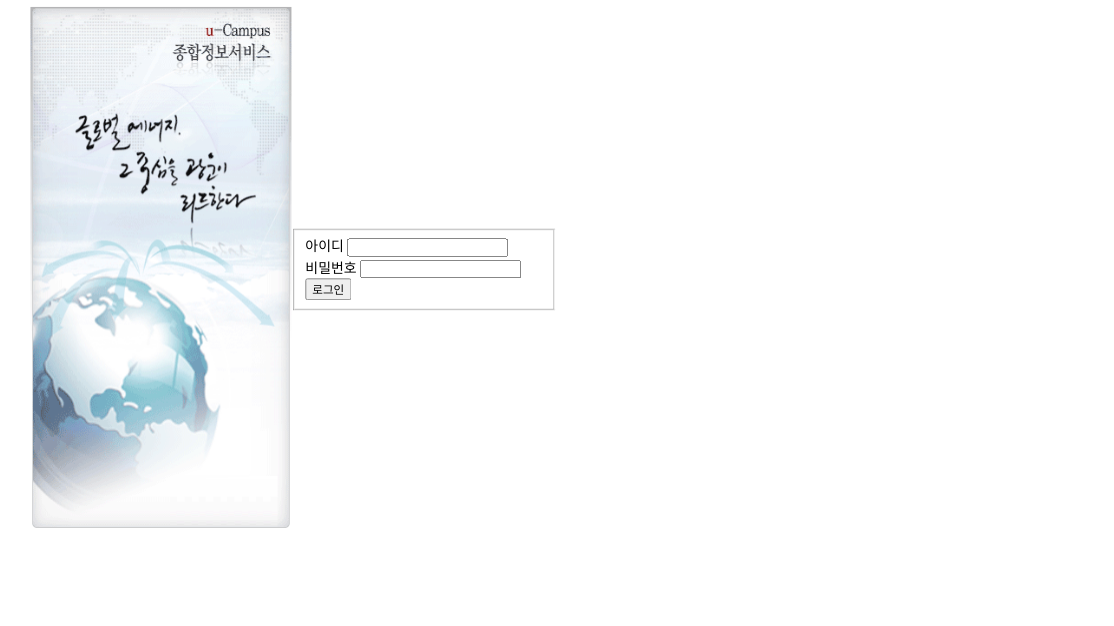
Repository: jungmintaeng/mini-ucampus
Page: ucam/WebContent/Login.html
The author's editor kept a copy of each file at every save. The page is drawn from the files as they stood at one save, then again after the next save.
The browser window is 1280 px wide. The pictures show the whole page, at 87% of full size.

Above is the page before, as saved 2016-06-11 00:33:51.

After the next save:
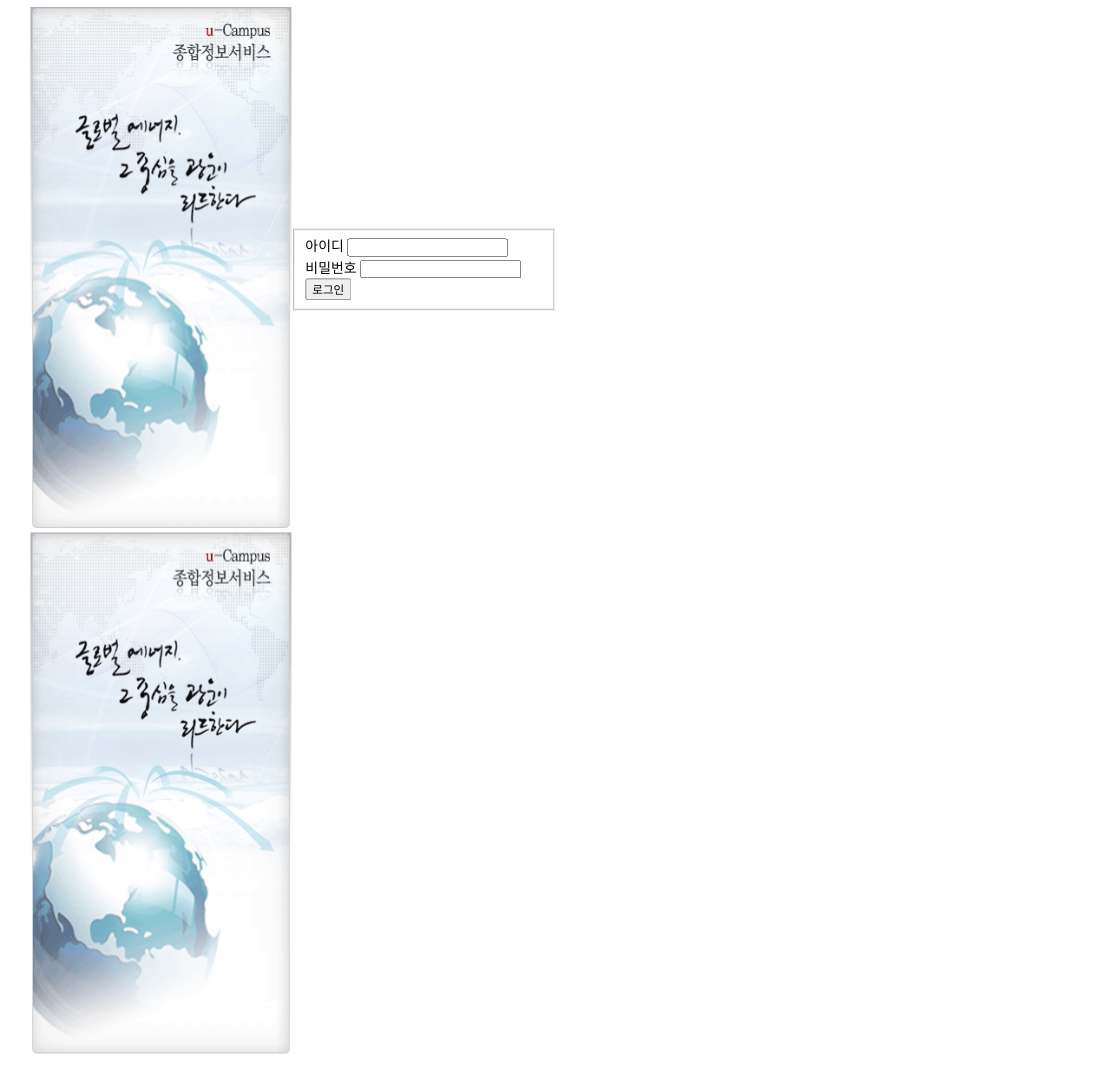
Saved 14 min 49 s later.
--- a/ucam/WebContent/Login.html
+++ b/ucam/WebContent/Login.html
@@ -24,6 +24,11 @@
  </fieldset>
    </form>
 </td>
-</tr></table>
+</tr>
+<tr>
+<td align="right"><font size="2"><img
+src="images\image_intra01.gif" width ="300" height="600" border ="0">
+</font></td></tr>
+</table>
 </body>
 </html>
